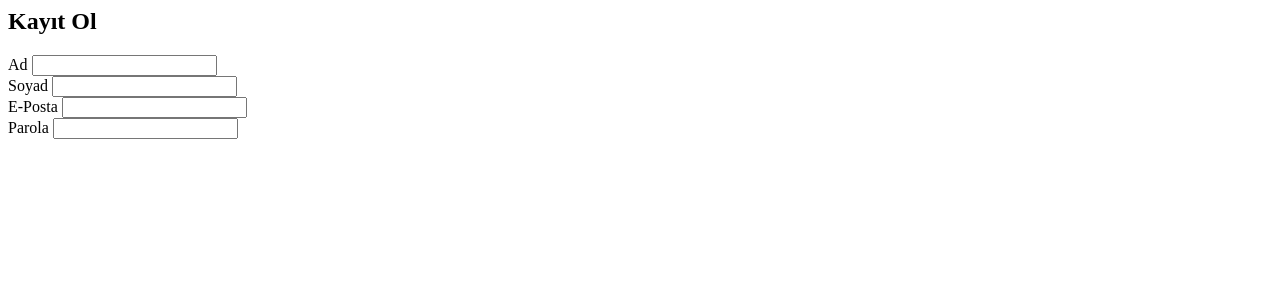
Repository: hakanozer/yazilim_uzmanligi_21_Aralilk_2024
Page: bitirme_projeleri/angular/Omer_Kafkas/src/app/pages/register/register.html
An editor plug-in stored every save of this project. The page is shown before and after the next save, followed by the edit.
The browser window is 1280 px wide. The pictures show the whole page.

Above is the page before, as saved 2025-08-31 21:37:00.

After the next save:
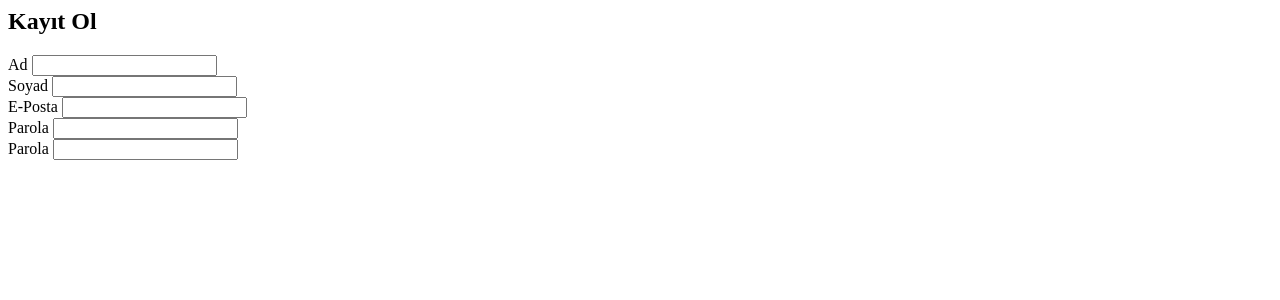
Saved 8 s later.
--- a/bitirme_projeleri/angular/Omer_Kafkas/src/app/pages/register/register.html
+++ b/bitirme_projeleri/angular/Omer_Kafkas/src/app/pages/register/register.html
@@ -20,6 +20,10 @@
             <label for="password">Parola</label>
             <input id="password" type="password">
         </div>
+        <div class="field">
+            <label for="password">Parola</label>
+            <input id="password" type="password">
+        </div>
 
 
     </form>
